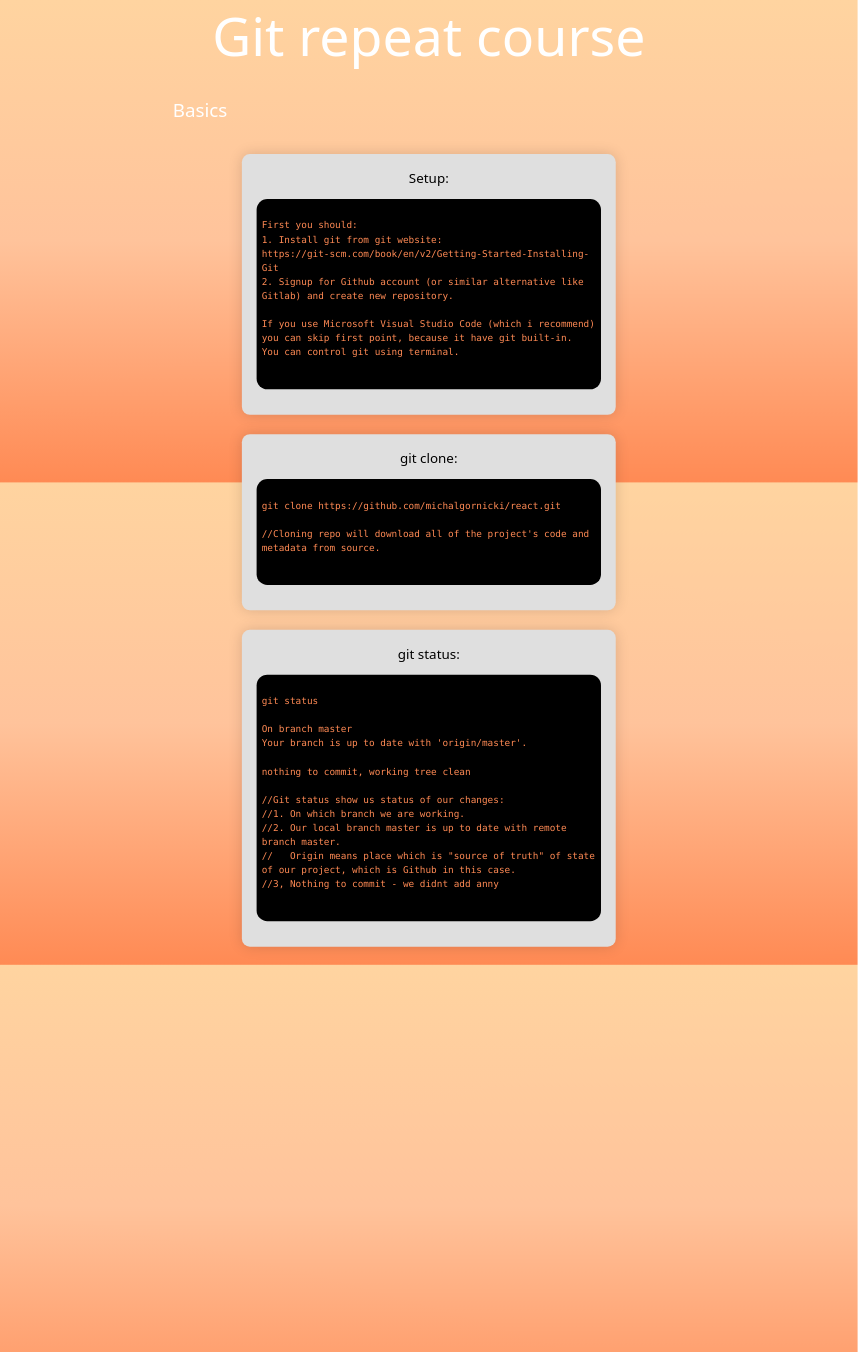
Repository: michalgornicki/git
Page: /
These files come from the project's save history. The page is drawn as it stood at one moment and after the next save; the edit follows.
The browser window is 1280 px wide. The pictures show the whole page, at 67% of full size.
Backgrounds fixed to the window are drawn as part of the page. The project was rebuilt for these pictures with package versions that can differ from the ones it lists, and the page was loaded fresh each time. Imported but missing from the stored project, and not drawn on this page: src/components/DOM manipulation.jsx, src/components/async.jsx, src/components/loops.jsx, src/components/numbers.jsx, src/components/variables.jsx, src/components/window.jsx.

Above is the page before, as saved 2022-02-10 08:11:15.

After the next save:
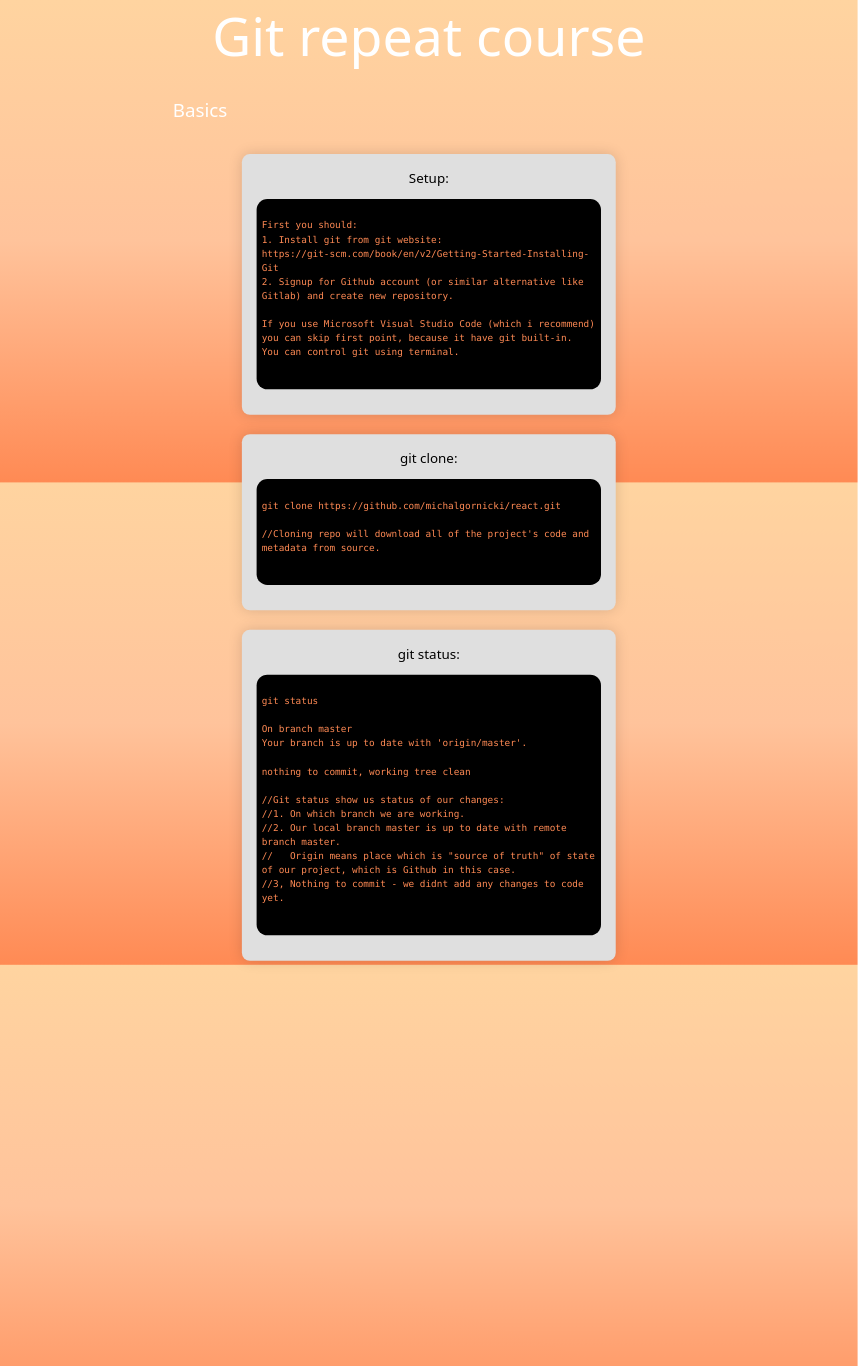
Saved 4 s later.
--- a/src/components/arrays.jsx
+++ b/src/components/arrays.jsx
@@ -45,7 +45,7 @@ nothing to commit, working tree clean
 //1. On which branch we are working.
 //2. Our local branch master is up to date with remote branch master.
 //   Origin means place which is "source of truth" of state of our project, which is Github in this case.
-//3, Nothing to commit - we didnt add anny
+//3, Nothing to commit - we didnt add any changes to code yet.
           `}</pre>
           </div>
       </div>
